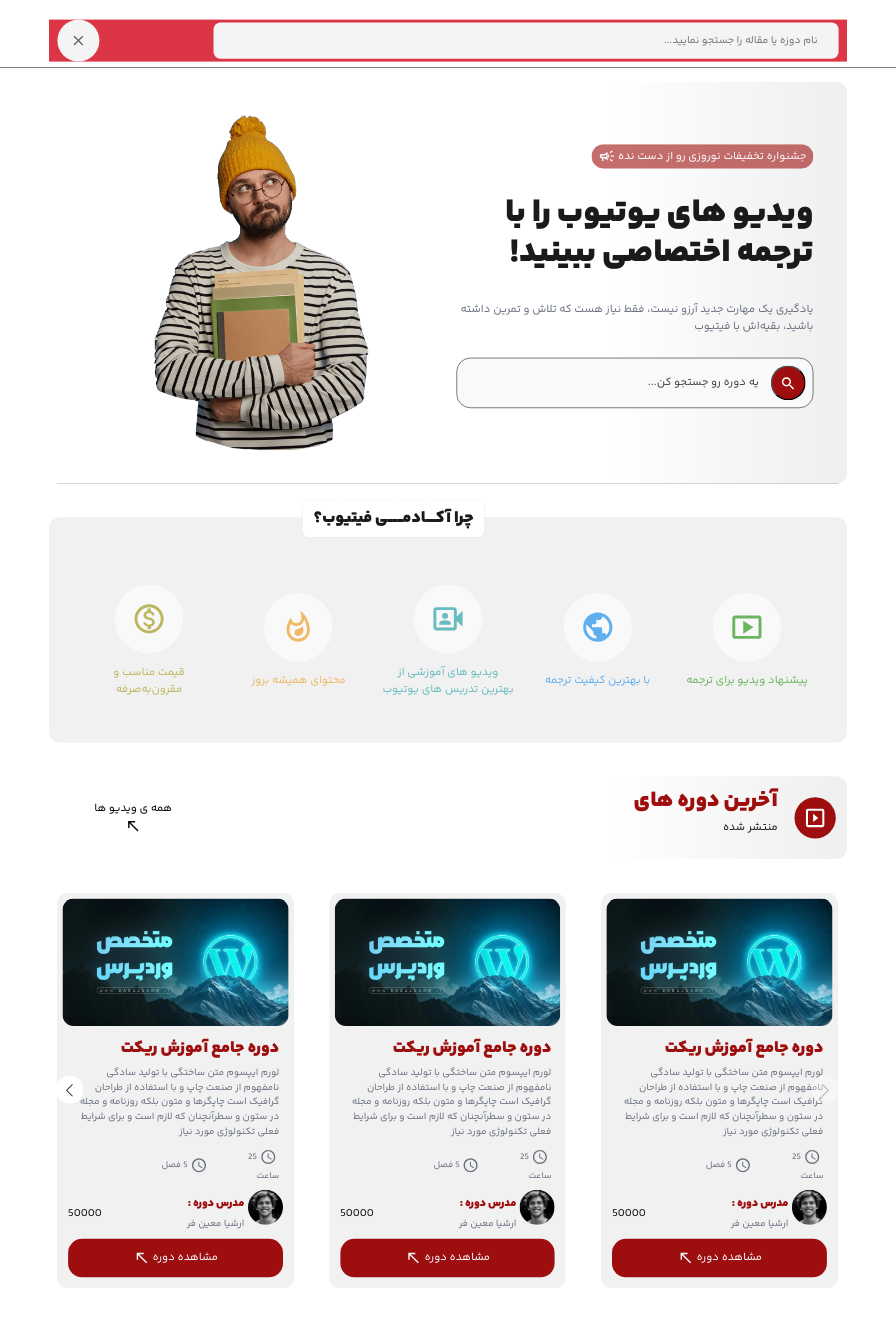
Repository: arshiamoeinfar/fitube
Page: /, after clicking the first element matching `div.utility-bar > :nth-child(2)`
These files come from the project's save history. The page is drawn as it stood at one moment and after the next save; the edit follows.
The browser window is 1280 px wide. The pictures show the part of the page from y = 0 to 1920 px (the page is 2921 px tall), at 70% of full size.
The project was rebuilt for these pictures with package versions that can differ from the ones it lists, and the page was loaded fresh each time. Also part of the build but not shown: src/components/LandingCounter/LandingCounter.css, src/components/LandingCounter/LandingCounter.js, src/components/BoxHeader/BoxHeader.jsx, src/components/Category/Category.jsx, src/components/CartPermium/CartPremium.jsx, src/components/BuyPremium/BuyPremium.jsx, src/pages/Login/Login.js, src/components/MovieHeader/VideoPlayer.css and 2 more. Imported but missing from the stored project, and not drawn on this page: src/assets/videos/video5972191431412946595.mp4.

Above is the page before, as saved 2025-04-04 11:59:35.

After the next save:
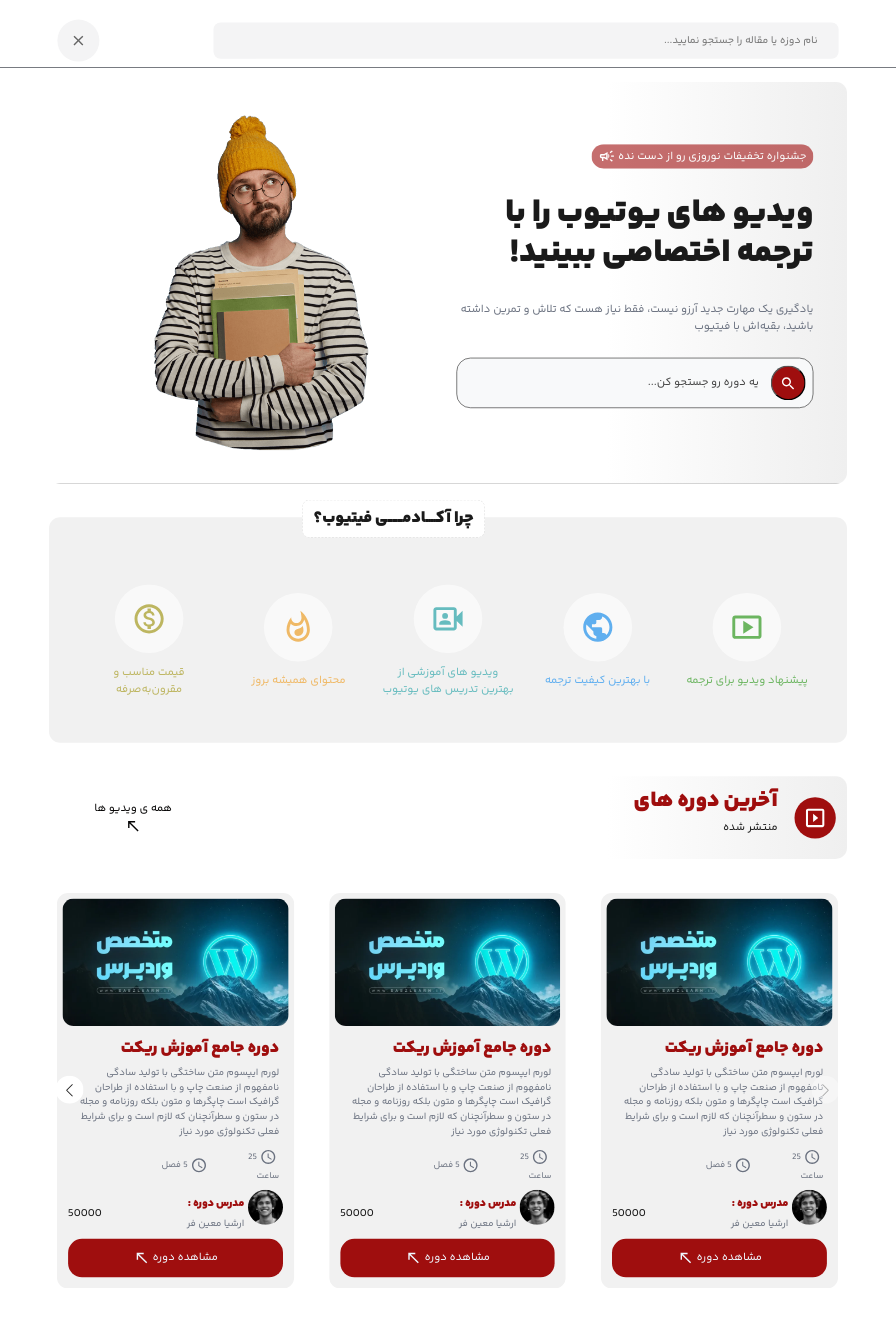
Saved 10 s later.
--- a/src/components/Navbar/Navbar.jsx
+++ b/src/components/Navbar/Navbar.jsx
@@ -16,7 +16,7 @@
   return (
     <Navbar id="navbar" className="container-fluid px-3 mx-auto ">
       {isShowSerachBox ? (
-        <div className="container bg-danger search-box w-100 d-flex justify-content-between align-items-center">
+        <div className="container  search-box w-100 d-flex justify-content-between align-items-center">
           <div className="contact-email">
             <input type="text" placeholder="نام دوزه یا مقاله را جستجو نمایید..." className="w-100"/>
           </div>

After the save that followed:
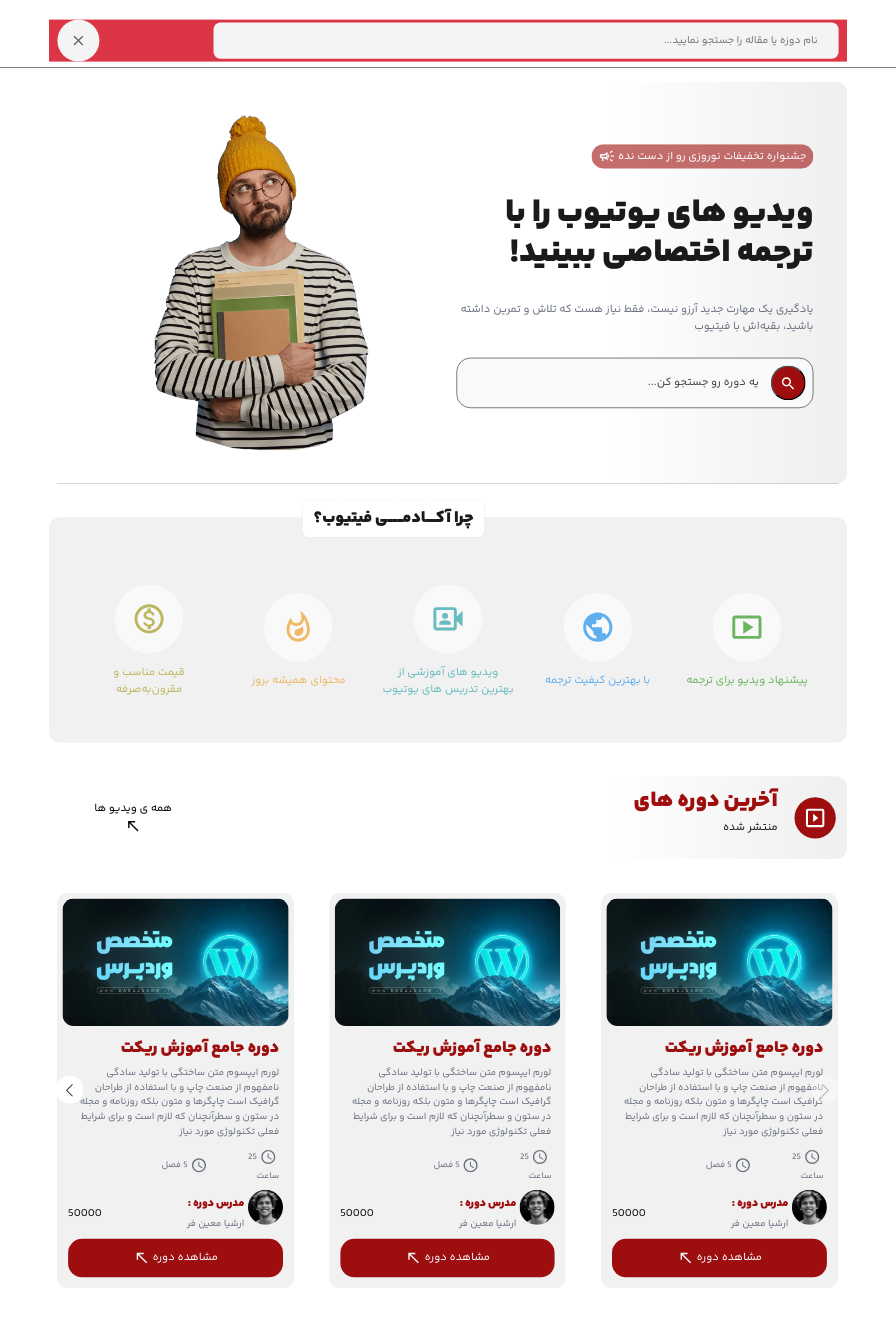
Saved 16 s later.
--- a/src/components/Navbar/Navbar.jsx
+++ b/src/components/Navbar/Navbar.jsx
@@ -16,7 +16,7 @@
   return (
     <Navbar id="navbar" className="container-fluid px-3 mx-auto ">
       {isShowSerachBox ? (
-        <div className="container  search-box w-100 d-flex justify-content-between align-items-center">
+        <div className="container bg-danger search-box w-100 d-flex justify-content-between align-items-center">
           <div className="contact-email">
             <input type="text" placeholder="نام دوزه یا مقاله را جستجو نمایید..." className="w-100"/>
           </div>
